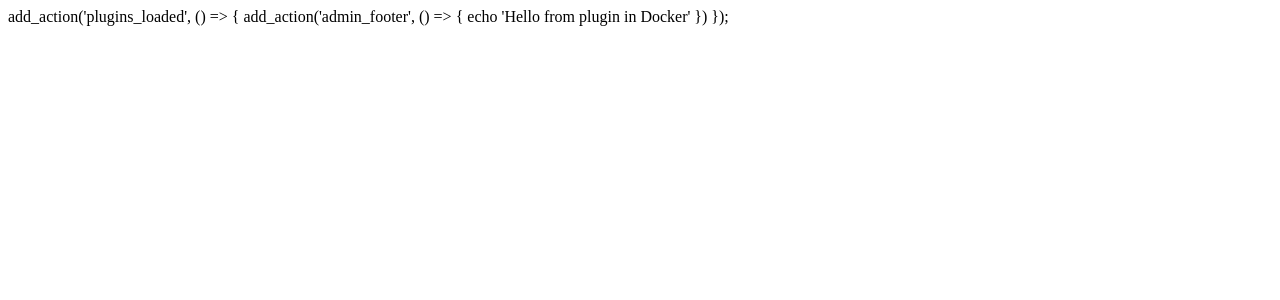
Repository: salivan777/docker-lamp
Page: http://localhost/app/plugins/docker-plugin/functions.php
These files come from the project's save history. The page is drawn as it stood at one moment and after a run of saves; the edit follows.
The browser window is 1280 px wide. The pictures show the whole page.
The page is run by PHP 8.4 with error messages shown; the project is at /var/www/html/.

Above is the page before, as saved 2023-01-13 20:43:13.

### app/plugins/docker-plugin/functions.php
add_action('plugins_loaded', () => {
    add_action('admin_footer', () => {
        echo 'Hello from plugin in Docker'
    })
});

After the next 2 saves:
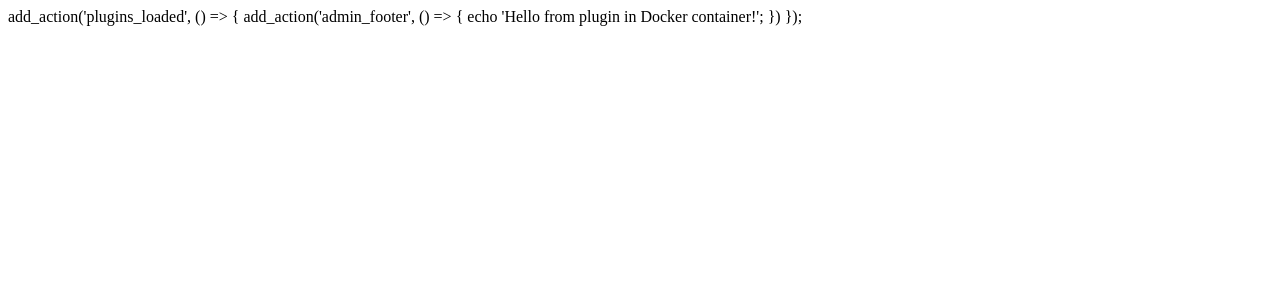
The 2 saves are shown as one change because they came seconds apart.
The last was saved 5 s later.
--- a/app/plugins/docker-plugin/functions.php
+++ b/app/plugins/docker-plugin/functions.php
@@ -1,5 +1,5 @@
 add_action('plugins_loaded', () => {
     add_action('admin_footer', () => {
-        echo 'Hello from plugin in Docker'
+        echo 'Hello from plugin in Docker container!';
     })
 });
